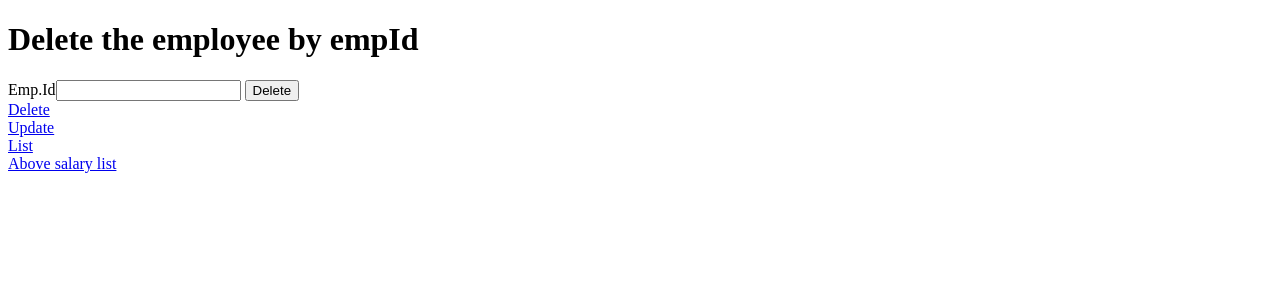
Repository: ramakrishnan1997/ram_javatraining
Page: crudemployeetest/CrudOperationEmp/src/main/webapp/delete.html
An editor plug-in stored every save of this project. The page is shown before and after the next save, followed by the edit.
The browser window is 1280 px wide. The pictures show the whole page.

Above is the page before, as saved 2022-06-13 09:17:13.

### crudemployeetest/CrudOperationEmp/src/main/webapp/delete.html
<!DOCTYPE html>
<html>
<head>
<meta charset="UTF-8">
<title>Insert title here</title>
</head>
<body>
<h1>Delete the employee by empId</h1>
<form action ="DeleteServlet">
Emp.Id<input type="text" name="empId">
<input type="submit" value="Delete" >
</form>
<a href="http://localhost:8080/CrudOperationEmp/delete.html">Delete</a></br>
<a href="http://localhost:8080/CrudOperationEmp/updatehtml.html">Update</a></br>
<a href="ListSservlet">List</a></br>
<a href="http://localhost:8080/CrudOperationEmp/salarylist.html">Above salary list</a></br>
</body>
</html>

After the next save:
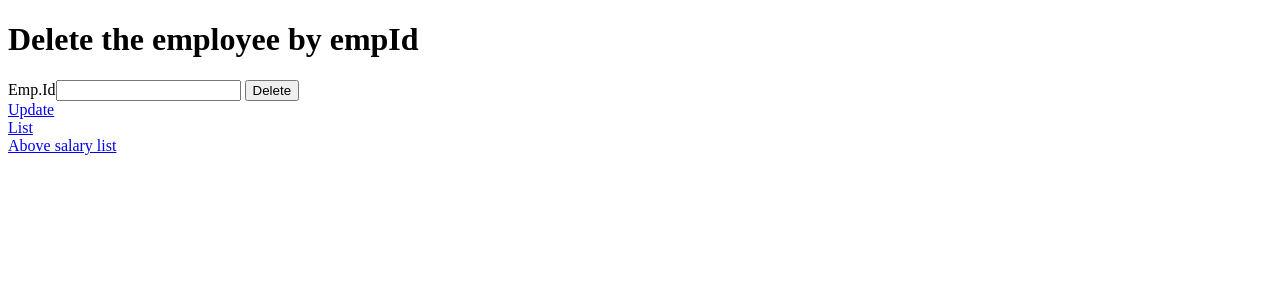
Saved 9 s later.
--- a/crudemployeetest/CrudOperationEmp/src/main/webapp/delete.html
+++ b/crudemployeetest/CrudOperationEmp/src/main/webapp/delete.html
@@ -10,7 +10,7 @@
 Emp.Id<input type="text" name="empId">
 <input type="submit" value="Delete" >
 </form>
-<a href="http://localhost:8080/CrudOperationEmp/delete.html">Delete</a></br>
+
 <a href="http://localhost:8080/CrudOperationEmp/updatehtml.html">Update</a></br>
 <a href="ListSservlet">List</a></br>
 <a href="http://localhost:8080/CrudOperationEmp/salarylist.html">Above salary list</a></br>
